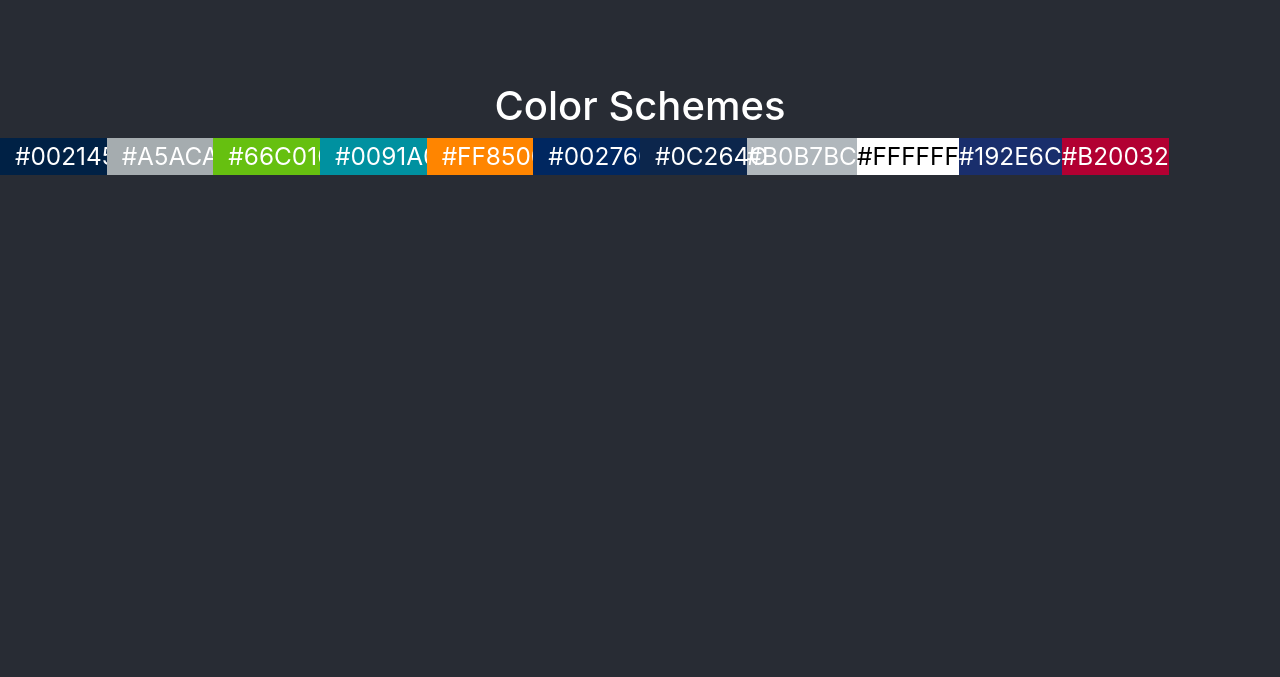
Repository: MikeTroianello/troianello.co
Page: /
These files come from the project's save history. The page is drawn as it stood at one moment and after the next save; the edit follows.
The browser window is 1280 px wide. The pictures show the whole page.
The project was rebuilt for these pictures with package versions that can differ from the ones it lists, and the page was loaded fresh each time.

Above is the page before, as saved 2019-06-24 17:56:50.

### src/App.js
import React from 'react';

import './App.css';

function App() {
  return (
    <div className='App'>
      <header className='App-header'>
        <h1>Color Schemes</h1>
        <div className='container-fluid'>
          <div className='row'>
            {/* <div className='teams seahawks'> */}
            {/* <h2>SEAHAWKS</h2> */}
            <div className='col-1 s-blue'>#002145</div>
            <div className='col-1 s-gray'>#A5ACAF</div>
            <div className='col-1 s-green'>#66C010</div>
            {/* </div> */}
            {/* <div className='col-1 teams dolphins'> */}
            {/* <h2>DOLPHINS</h2> */}
            <div className='col-1 d-aqua'>#0091A0</div>
            <div className='col-1 d-orange'>#FF8500</div>
            <div className='col-1 d-dark-blue'>#002760</div>
            {/* </div> */}
            {/* <div className='col-1 teams cowboys'> */}
            {/* <h2>COWBOYS</h2> */}
            <div className='col-1 c-blue'>#0C264C</div>
            <div className='c-gray'>#B0B7BC</div>
            <div className='c-white'>#FFFFFF</div>
            {/* </div> */}
            {/* <div className='teams giants'> */}
            {/* <h2>GIANTS</h2> */}
            <div className='g-blue'>#192E6C</div>
            <div className='g-red'>#B20032</div>
            {/* </div> */}
          </div>
        </div>
      </header>
    </div>
  );
}

export default App;

### src/App.css
.App {
  text-align: center;
}

.App-logo {
  animation: App-logo-spin infinite 20s linear;
  height: 40vmin;
  pointer-events: none;
}

.App-header {
  background-color: #282c34;
  min-height: 100vh;
  display: flex;
  flex-direction: column;
  align-items: center;
  justify-content: center;
  font-size: calc(10px + 2vmin);
  color: white;
}

.App-link {
  color: #61dafb;
}

@keyframes App-logo-spin {
  from {
    transform: rotate(0deg);
  }
  to {
    transform: rotate(360deg);
  }
}
/*
.teams {
  height: 100%;
  width: 80%;
  padding: 5% 10%;
} */

/* .teams > div {
  height: 100%;
  width: 80%;
  padding: 5% 10%;
} */

.container-fluid {
  height: 500px;
}
.rox {
  height: 500px;
}

.s-blue {
  background-color: #002145;
}

.s-gray {
  background-color: #a5acaf;
}

.s-green {
  background-color: #66c010;
}

.d-aqua {
  background-color: #0091a0;
}
.d-orange {
  background-color: #ff8500;
}
.d-dark-blue {
  background-color: #002760;
}

.c-blue {
  background-color: #0c264c;
}

.c-gray {
  background-color: #b0b7bc;
}

.c-white {
  background-color: #ffffff;
  color: #000000;
}

.g-blue {
  background-color: #192e6c;
}

.g-red {
  background-color: #b20032;
}

Loaded but not shown: public/index.html (common file); src/index.js (common file); src/index.css (common file); src/serviceWorker.js (common file)

After the next save:
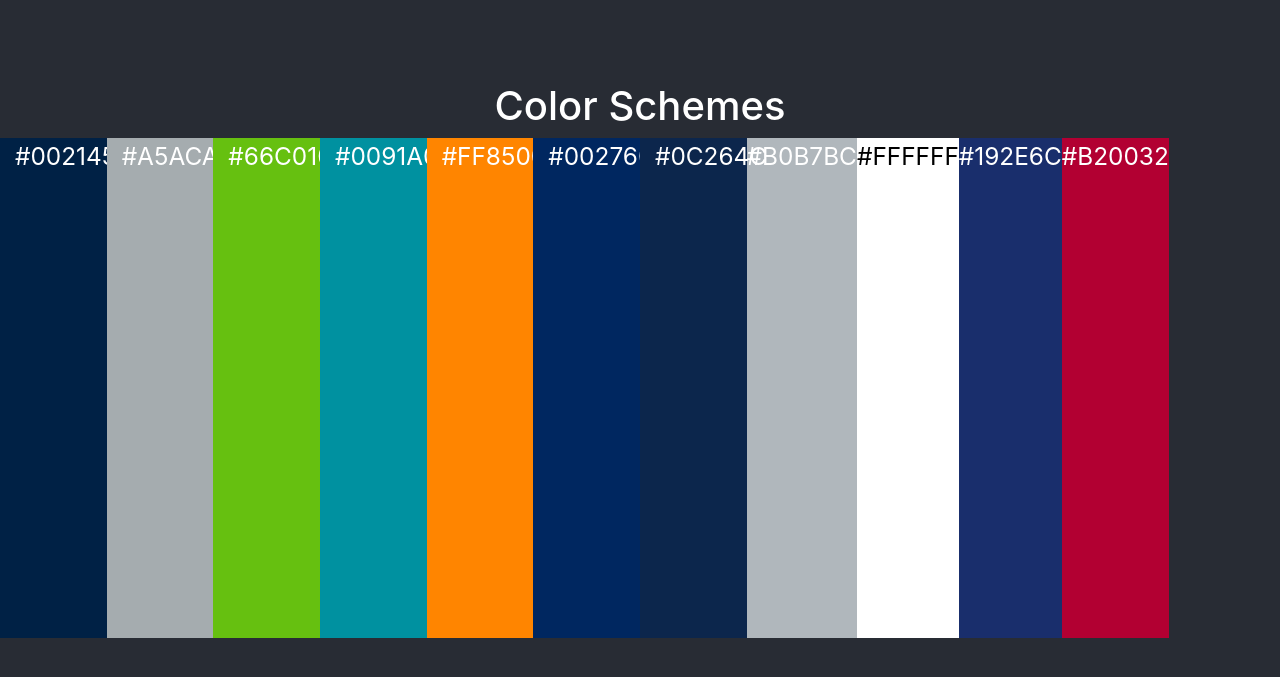
Saved 2 min 14 s later.
--- a/src/App.css
+++ b/src/App.css
@@ -47,7 +47,7 @@
 .container-fluid {
   height: 500px;
 }
-.rox {
+.row {
   height: 500px;
 }
 
